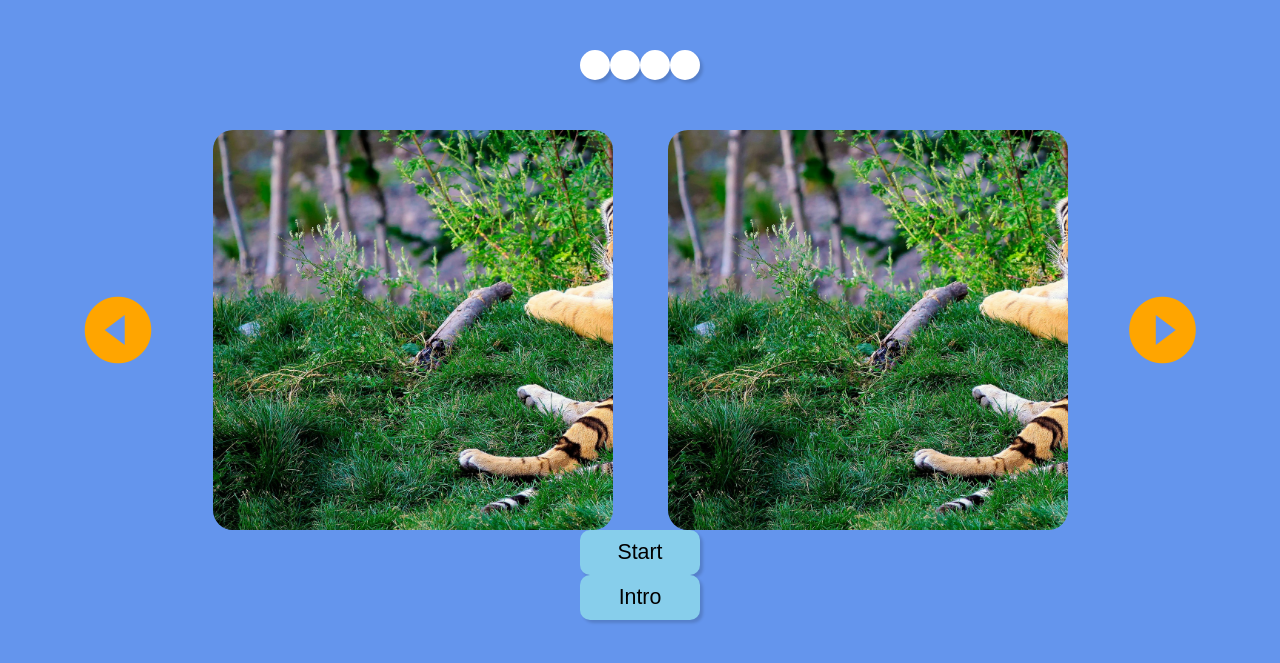
Repository: sylviaah/dynamicmidterm
Page: slider/slider.html
An editor plug-in stored every save of this project. The page is shown before and after the next save, followed by the edit.
The browser window is 1280 px wide. The pictures show the whole page.

Above is the page before, as saved 2020-03-13 13:00:43.

After the next save:
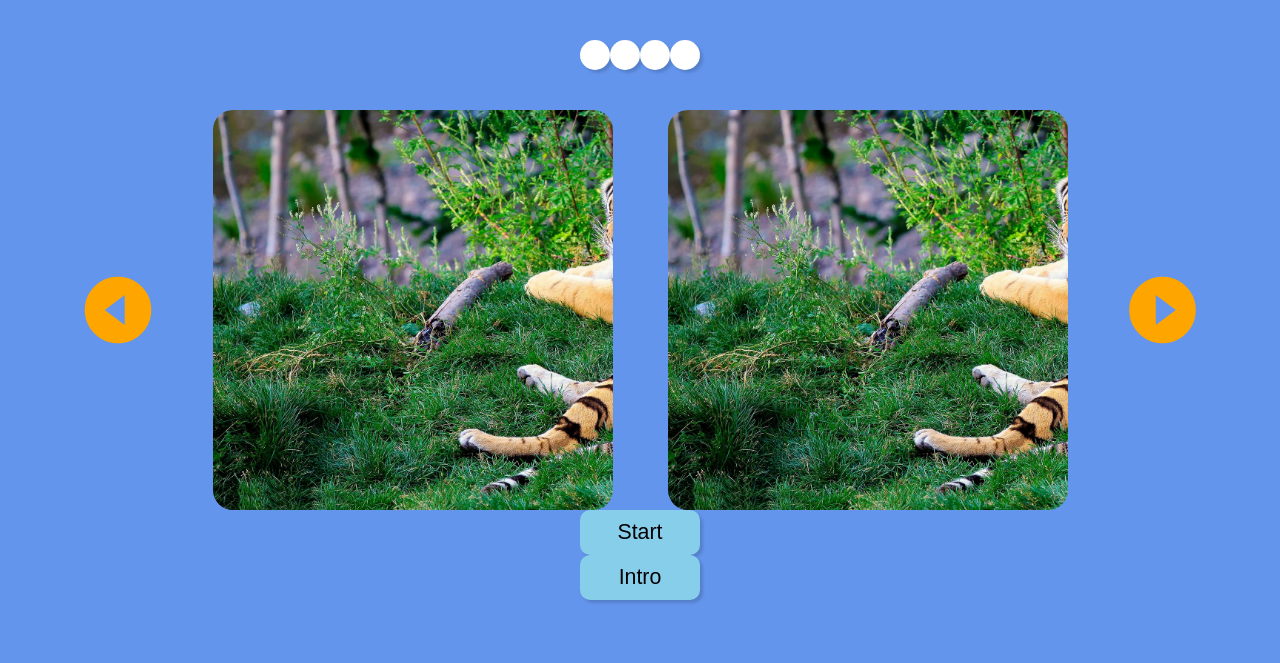
Saved 19 s later.
--- a/slider/slider.css
+++ b/slider/slider.css
@@ -12,7 +12,7 @@ body,html {
 
 .slider_progress{
     display: flex;
-    margin: 50px;
+    margin: 40px;
 }
 
 .slider_progress div{
